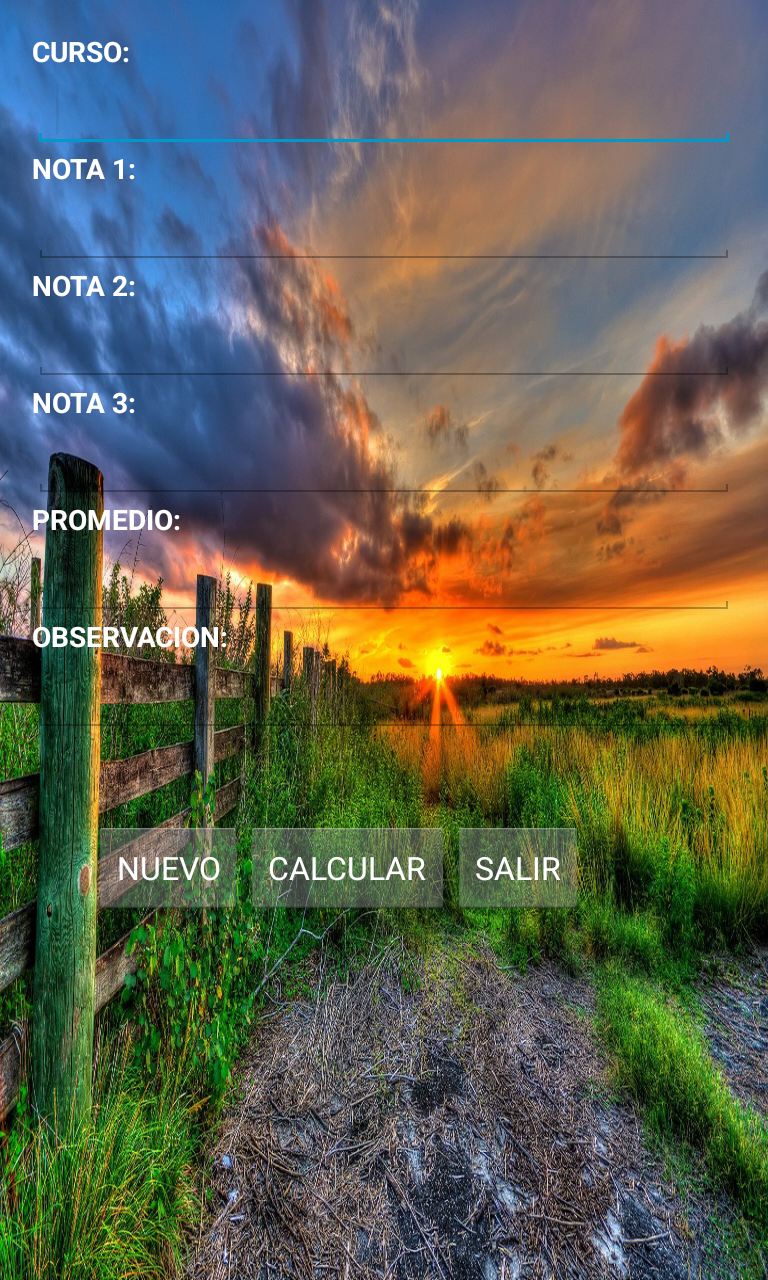
Repository: sherildyasmin06/-reas-Geom-tricas
Layout: Operaciones/res/layout/activity_promedio.xml
An editor plug-in stored every save of this project. The layout is shown before and after the next save, followed by the edit.
It is drawn on a 768 x 1280 px phone screen (xhdpi) without system bars, with theme AppTheme; the app's code is not run.

Above is the layout before, as saved 2017-10-18 23:51:38.

### Operaciones/res/layout/activity_promedio.xml
<RelativeLayout xmlns:android="http://schemas.android.com/apk/res/android"
    xmlns:tools="http://schemas.android.com/tools"
    android:layout_width="match_parent"
    android:layout_height="match_parent"
    android:background="@drawable/fondo04"
    android:gravity="center"
    android:paddingBottom="@dimen/activity_vertical_margin"
    android:paddingLeft="@dimen/activity_horizontal_margin"
    android:paddingRight="@dimen/activity_horizontal_margin"
    android:paddingTop="@dimen/activity_vertical_margin"
    tools:context=".Promedio" >

    <LinearLayout
        android:id="@+id/linearLayout1"
        android:layout_width="match_parent"
        android:layout_height="wrap_content"
        android:layout_alignParentTop="true"
        android:orientation="vertical" >

        <TextView
            android:id="@+id/textView1"
            android:layout_width="wrap_content"
            android:layout_height="wrap_content"
            android:text="@string/pcurso"
            android:textColor="@color/coloresetiquetas02"
            android:textStyle="bold" />

        <EditText
            android:id="@+id/tcurso"
            android:layout_width="match_parent"
            android:layout_height="wrap_content"
            android:ems="10"
            android:textColor="@color/colorcuadros02" >

            <requestFocus />
        </EditText>

        <TextView
            android:id="@+id/textView2"
            android:layout_width="wrap_content"
            android:layout_height="wrap_content"
            android:text="@string/tnota1"
            android:textColor="@color/coloresetiquetas02"
            android:textStyle="bold" />

        <EditText
            android:id="@+id/tnota1"
            android:layout_width="match_parent"
            android:layout_height="wrap_content"
            android:ems="10"
            android:inputType="numberDecimal"
            android:textColor="@color/colorcuadros02" />

        <TextView
            android:id="@+id/textView3"
            android:layout_width="wrap_content"
            android:layout_height="wrap_content"
            android:text="@string/tnota2"
            android:textColor="@color/colorcuadros02"
            android:textStyle="bold" />

        <EditText
            android:id="@+id/tnota2"
            android:layout_width="match_parent"
            android:layout_height="wrap_content"
            android:ems="10"
            android:inputType="numberDecimal"
            android:textColor="@color/colorcuadros02" />

        <TextView
            android:id="@+id/textView4"
            android:layout_width="wrap_content"
            android:layout_height="wrap_content"
            android:text="@string/tnota3"
            android:textColor="@color/coloresetiquetas02"
            android:textStyle="bold" />

        <EditText
            android:id="@+id/tnota3"
            android:layout_width="match_parent"
            android:layout_height="wrap_content"
            android:ems="10"
            android:inputType="numberDecimal"
            android:textColor="@color/colorcuadros02" />

        <TextView
            android:id="@+id/textView5"
            android:layout_width="wrap_content"
            android:layout_height="wrap_content"
            android:text="@string/tpromedio"
            android:textColor="@color/coloresetiquetas02"
            android:textStyle="bold" />

        <EditText
            android:id="@+id/tpromedio"
            android:layout_width="match_parent"
            android:layout_height="wrap_content"
            android:ems="10"
            android:inputType="numberDecimal"
            android:textColor="@color/colorcuadros02" />

        <TextView
            android:id="@+id/textView6"
            android:layout_width="wrap_content"
            android:layout_height="wrap_content"
            android:text="@string/tobservacion"
            android:textColor="@color/coloresetiquetas02"
            android:textStyle="bold" />

        <EditText
            android:id="@+id/tobservacion"
            android:layout_width="match_parent"
            android:layout_height="wrap_content"
            android:ems="10"
            android:textColor="@color/colorcuadros02" />
    </LinearLayout>

    <LinearLayout
        android:layout_width="match_parent"
        android:layout_height="match_parent"
        android:layout_alignLeft="@+id/linearLayout1"
        android:layout_below="@+id/linearLayout1"
        android:layout_marginLeft="30dp"
        android:layout_marginTop="43dp" >

        <Button
            android:id="@+id/btnnuevo3"
            android:layout_width="wrap_content"
            android:layout_height="wrap_content"
            android:text="@string/bnuevo"
            android:textColor="@color/colorcuadros02"
            android:textSize="@dimen/activity_horizontal_margin" />

        <Button
            android:id="@+id/btncalcular3"
            android:layout_width="wrap_content"
            android:layout_height="wrap_content"
            android:text="@string/bcalcular"
            android:textColor="@color/colorcuadros02"
            android:textSize="@dimen/activity_horizontal_margin" />

        <Button
            android:id="@+id/btnsalir3"
            android:layout_width="wrap_content"
            android:layout_height="wrap_content"
            android:text="@string/bsalir"
            android:textColor="@color/colorcuadros02"
            android:textSize="@dimen/activity_horizontal_margin" />

    </LinearLayout>

</RelativeLayout>

### Operaciones/res/values/styles.xml
<resources>

    <!--
        Base application theme, dependent on API level. This theme is replaced
        by AppBaseTheme from res/values-vXX/styles.xml on newer devices.
    -->
    <style name="AppBaseTheme" parent="android:Theme.Light">
        <!--
            Theme customizations available in newer API levels can go in
            res/values-vXX/styles.xml, while customizations related to
            backward-compatibility can go here.
        -->
    </style>

    <!-- Application theme. -->
    <style name="AppTheme" parent="AppBaseTheme">
        <!-- All customizations that are NOT specific to a particular API-level can go here. -->
    </style>
    <color name="coloresetiquetas01">#ffff00</color>
    <color name="colorcuadros01">#ffffff</color>
    <color name="coloresetiquetas02">#ffffff</color>
    <color name="colorcuadros02">#ffffff</color>

</resources>

### Operaciones/res/values/dimens.xml
<resources>

    <!-- Default screen margins, per the Android Design guidelines. -->
    <dimen name="activity_horizontal_margin">16dp</dimen>
    <dimen name="activity_vertical_margin">16dp</dimen>
    <dimen name="margensuperiorimagen01">5dp</dimen>
    <dimen name="tamanoetiquetas01">20sp</dimen>
    <dimen name="tamanocuadros01">20sp</dimen>
    <dimen name="tamanoetiquetas02">14sp</dimen>
    <dimen name="tamanocuadros02">14sp</dimen>

</resources>

### Operaciones/res/values/strings.xml
<?xml version="1.0" encoding="utf-8"?>
<resources>

    <string name="app_name">PRINCIPAL</string>
    <string name="action_settings">Settings</string>
    <string name="title_activity_factorial">Factorial de un Numero</string>
    <string name="hello_world">Hello world!</string>
    <string name="nfactorial">INGRESE NUMERO</string>
    <string name="nresultado">EL FACTORIAL ES:</string>
    <string name="bnuevo">NUEVO</string>
    <string name="bcalcular">CALCULAR</string>
    <string name="bsalir">SALIR</string>
    <string name="title_activity_trapecio">Area Del Trapecio</string>
    <string name="bmenor">BASE MENOR:</string>
    <string name="bmayor">BASE MAYOR:</string>
    <string name="baltura">ALTURA:</string>
    <string name="bareatrap">EL AREA ES:</string>
    <string name="title_activity_promedio">Promedio De Notas</string>
    <string name="pcurso">CURSO:</string>
    <string name="tnota1">NOTA 1:</string>
    <string name="tnota2">NOTA 2:</string>
    <string name="tnota3">NOTA 3:</string>
    <string name="tpromedio">"PROMEDIO: "</string>
    <string name="tobservacion">OBSERVACION:</string>

</resources>

Loaded but not shown: Operaciones/res/values-v11/styles.xml (common file); Operaciones/res/values-v14/styles.xml (common file)

After the next save:
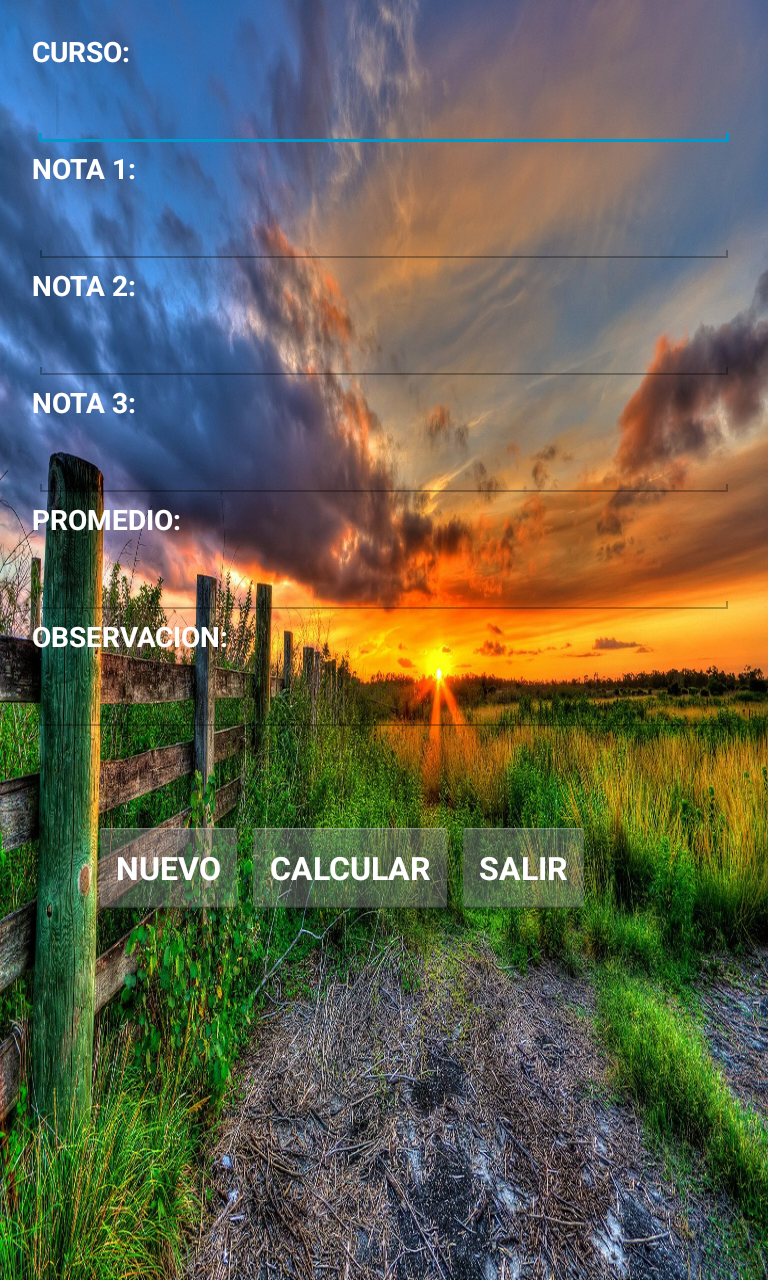
Saved 11 min 9 s later.
--- a/Operaciones/res/layout/activity_promedio.xml
+++ b/Operaciones/res/layout/activity_promedio.xml
@@ -129,7 +129,8 @@
             android:layout_height="wrap_content"
             android:text="@string/bnuevo"
             android:textColor="@color/colorcuadros02"
-            android:textSize="@dimen/activity_horizontal_margin" />
+            android:textSize="@dimen/activity_horizontal_margin"
+            android:textStyle="bold" />
 
         <Button
             android:id="@+id/btncalcular3"
@@ -137,7 +138,8 @@
             android:layout_height="wrap_content"
             android:text="@string/bcalcular"
             android:textColor="@color/colorcuadros02"
-            android:textSize="@dimen/activity_horizontal_margin" />
+            android:textSize="@dimen/activity_horizontal_margin"
+            android:textStyle="bold" />
 
         <Button
             android:id="@+id/btnsalir3"
@@ -145,7 +147,8 @@
             android:layout_height="wrap_content"
             android:text="@string/bsalir"
             android:textColor="@color/colorcuadros02"
-            android:textSize="@dimen/activity_horizontal_margin" />
+            android:textSize="@dimen/activity_horizontal_margin"
+            android:textStyle="bold" />
 
     </LinearLayout>
 
